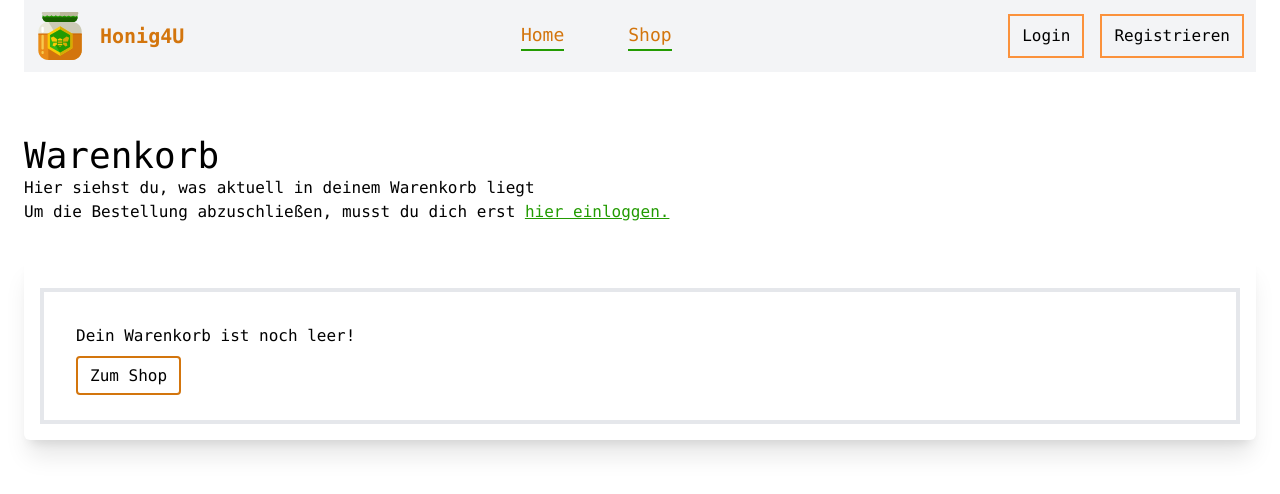
Repository: cainytheslave/PHPHonigShop
Page: http://localhost/warenkorb.php
These files come from the project's save history. The page is drawn as it stood at one moment and after the next save; the edit follows.
The browser window is 1280 px wide. The pictures show the whole page.
The page is run by PHP 8.4 with error messages shown; the project is at /var/www/html/. Style sheets and scripts are compiled from the project's sources, by tool versions that may differ from the author's.

Above is the page before, as saved 2022-03-11 01:59:49.

### warenkorb.php
<?php

session_start();

$produkte = require('core/produkte.php');
$einstellungen = require('core/einstellungen.php');

if (!isset($_SESSION['warenkorb'])) {
    $_SESSION['warenkorb'] = [];
}

if (isset($_POST['clear'])) {
    $_SESSION['warenkorb'] = [];
}

foreach ($produkte as $id => $produkt) {
    if (isset($_POST[$id])) {
        switch ($_POST[$id]) {
            case 'Entfernen':
                unset($_SESSION['warenkorb'][$id]);
                break;
            case 'Ändern':
                if (isset($_POST['count'])) {
                    $anzahl = intval($_POST['count']);
                    if ($anzahl <= 0) {
                        unset($_SESSION['warenkorb'][$id]);
                    } else {
                        $_SESSION['warenkorb'][$id] = $anzahl;
                    }
                } else {
                    $errors = ['Keine Anzahl definiert.'];
                    break;
                }
        }

        header('Location: warenkorb.php');
    }
}

?>

<!DOCTYPE html>
<html lang="en">

<head>
    <meta charset="UTF-8">
    <meta http-equiv="X-UA-Compatible" content="IE=edge">
    <meta name="viewport" content="width=device-width, initial-scale=1.0">
    <title><?= $einstellungen['firma'] ?> Warenkorb</title>

    <?php include('includes/head.inc.php') ?>
</head>

<body class="px-6 font-mono">

    <?php include('includes/header.inc.php') ?>

    <main class="flex flex-col gap-8 py-16 mx-auto max-w-7xl">
        <?php if (isset($errors) && count($errors) > 0) : ?>
            <section class="w-full p-4 mx-auto bg-red-300 border-2 border-red-500 rounded-md shadow-xl">
                <?php foreach ($errors as $error) : ?>
                    <p class="text-lg font-semibold">Error: <?= $error ?></p>
                <?php endforeach; ?>
            </section>
        <?php endif; ?>

        <section>
            <h1 class="text-4xl">Warenkorb</h1>
            <p>Hier siehst du, was aktuell in deinem Warenkorb liegt</p>
            <?php if (!isset($_SESSION['user'])) echo '<p>Um die Bestellung abzuschließen, musst du dich erst <a class="underline text-honeygreen" href="login.php">hier einloggen.</a></p>'; ?>

        </section>

        <section class="w-full p-4 mx-auto bg-white rounded-md shadow-xl">
            <div class="flex flex-col px-8 py-8 mt-4 border-4">
                <?php if (empty($_SESSION['warenkorb'])) : ?>
                    <span class="">
                        <p class="mb-4">Dein Warenkorb ist noch leer!</p>
                        <a href="shop.php" class="px-3 py-2 border-2 rounded border-honey">Zum Shop</a>
                    </span>
                <?php else : ?>
                    <?php foreach ($_SESSION['warenkorb'] as $sorte => $anzahl) : ?>
                        <div class="flex items-center gap-3 px-3 py-3 my-3 bg-gray-200">
                            <img src="images/<?= $sorte ?>.png" class="w-24 h-24" alt="">
                            <div class="w-full">
                                <h2 class="mb-3 text-xl"><?= $produkte[$sorte]['name'] ?></h2>
                                <span class="flex flex-col items-center justify-between w-full gap-3 sm:flex-row">
                                    <form action="" method="POST">
                                        Menge: <input type="number" class="px-3 py-2 border-2 border-green-500" name="count" value="<?= $anzahl ?>">
                                        <input type="submit" class="px-3 py-2 border-2 border-green-500" name="<?= $sorte ?>" value="Ändern">
                                    </form>
                                    <form action="" method="POST">
                                        <input type="submit" class="px-3 py-2 border-2 border-red-500" name="<?= $sorte ?>" value="Entfernen">
                                    </form>
                                    <div class="flex items-center justify-end grow">
                                        <p class="px-3 py-2 text-xl bg-white">CHF <?= sprintf('%.2f', $produkte[$sorte]['preis'] * $anzahl) ?></p>
                                    </div>
                                </span>
                            </div>
                        </div>
                    <?php endforeach; ?>
                    <div class="flex flex-col items-center gap-3 px-3 py-3 my-3 bg-gray-200">
                        <div class="flex flex-col items-stretch w-full gap-2 mb-3">
                            <div class="border-t-2 border-black"></div>
                            <div class="border-t-2 border-black"></div>
                        </div>
                        <div class="flex items-center justify-between w-full">
                            <div class="flex gap-4">
                                <form action="" method="POST">
                                    <?= Komponente::button('Warenkorb löschen', 'clear') ?>
                                </form>
                                <?= Komponente::link('Bestellen', 'abschluss.php') ?>
                            </div>
                            <div class="flex items-center justify-end grow">
                                <?php
                                $gesamt = 0;
                                foreach ($_SESSION['warenkorb'] as $sorte => $anzahl) {
                                    $gesamt += $produkte[$sorte]['preis'] * $anzahl;
                                }
                                ?>
                                <span class="flex items-center gap-2">
                                    <p class="text-xl">Gesamt:</p>
                                    <p class="px-3 py-2 text-xl bg-white">CHF <?= sprintf('%.2f', $gesamt) ?></p>
                                </span>

                            </div>
                        </div>
                    </div>
                <?php endif; ?>
            </div>
        </section>
    </main>
</body>

</html>

### core/produkte.php
<?php

return [
    'akazie' => [
        'name' => 'Akazienhonig',
        'beschreibung' => 'Leckerer Akazienhonig, direkt abgezapft vom Akazienbaum deines Vertrauens.',
        'preis' => 8.5
    ],
    'heide' => [
        'name' => 'Heidehonig',
        'beschreibung' => 'Leckerer Heidehonig, ist seinen Preis wert denn es war eine Heidenarbeit!',
        'preis' => 12.5
    ],
    'klee' => [
        'name' => 'Kleehonig',
        'beschreibung' => 'Vierblättriger Kleehonig. Der sortenreine Blütenhonig mit einem milden Aroma.',
        'preis' => 6.5,
    ],
    'tannen' => [
        'name' => 'Tannenhonig',
        'beschreibung' => 'Leckerer Tannenhonig. Mit seinen würzig-kräftigen Aromen ein Genuss für jeden Feinschmecker.',
        'preis' => 10
    ]
];

### core/einstellungen.php
<?php

return [
    'firma' => 'Honig4U'
];

### includes/head.inc.php
<!-- Styling -->
<link rel="stylesheet" href="style.css">

<!-- AlpineJS (Javascript Framework für Mobiles Menu https://alpinejs.dev) -->
<script defer src="https://unpkg.com/alpinejs@3.x.x/dist/cdn.min.js"></script>

### includes/header.inc.php
<?php

require('core/Komponente.php');
$einstellungen = require('core/einstellungen.php');

?>

<!-- Header -->
<header class="w-full bg-gray-100" x-data="{open: false}">
    <!-- Desktop -->
    <div class="flex items-center justify-between px-3 py-3 mx-auto max-w-7xl">

        <!-- Logo -->
        <div class="flex items-center gap-4">
            <img src="images/logo.svg" class="w-12 h-12" alt="Logo">
            <p class="text-xl font-semibold text-honey"><?= $einstellungen['firma'] ?></p>
        </div>

        <!-- Navigation-->
        <ul class="items-center hidden gap-16 sm:flex">
            <li class="text-lg border-b-2 border-honeygreen">
                <a href="index.php" class="text-honey">Home</a>
            </li>
            <li class="text-lg border-b-2 border-honeygreen">
                <a href="shop.php" class="text-honey">Shop</a>
            </li>
        </ul>

        <!-- Warenkorb / Login -->
        <div class="flex items-center gap-4">
            <?php if (isset($_SESSION['user'])) : ?>

                <?= Komponente::link('<img src="images/basket.svg" class="w-10 h-10" alt="">', 'warenkorb.php') ?>

                <?= Komponente::link('<img src="images/logout.svg" class="w-10 h-10" alt="">', 'logout.php?to=login.php') ?>
            <?php else : ?>
                <?= Komponente::link('Login', 'login.php') ?>
                <?= Komponente::link('Registrieren', 'registrierung.php') ?>
            <?php endif; ?>
        </div>

        <!-- Mobile Trigger -->
        <img @click="open = !open" src="images/menu.svg" class="block w-10 h-10 sm:hidden" alt="">
    </div>

    <!-- Mobile Menu -->
    <div class="flex flex-col gap-2 px-2 border-t-2 sm:hidden" x-show="open" style="display:none">
        <div>

        </div>
    </div>
</header>

### core/Komponente.php
<?php

class Komponente
{

    static function link($text = "", $href = "", $border = "orange")
    {
        $classes = "text-center px-3 py-2 border-2 hover:bg-gray-200 active:scale-95 hover:scale-105 border-$border-400";
        return "<a href='$href' class='$classes'>$text</a>";
    }

    static function button($text = "", $name = "", $border = "orange")
    {
        $classes = "text-center cursor-pointer px-3 py-2 border-2 hover:bg-gray-200 active:scale-95 hover:scale-105 border-$border-400";
        return "<input type='submit' name='$name' class='$classes' value='$text' />";
    }

    static function input($type = "text", $placeholder = '', $name = '', $required = 'true')
    {
        $classes = "grow text-left px-3 py-2 border-2 active:scale-95 border-orange-400";
        return "<input type='$type' name='$name' required='$required' class='$classes' placeholder='$placeholder' />";
    }

    static function alert($error = true, $data)
    {
        if (count($data) <= 0) return '';

        $str = '<section class="w-full p-4 mx-auto mt-4 bg-green-300 border-2 border-green-500 shadow-xl">';
        if ($error) $str = '<section class="w-full p-4 mx-auto mt-4 bg-red-300 border-2 border-red-500 shadow-xl">';

        foreach ($data as $entry) {
            $str .= '<p class="text-lg font-semibold">' . $entry . '</p>';
        }

        $str .= '</section>';

        return $str;
    }
}

### tailwind.config.js
module.exports = {
    content: [
        "./*.{html,js,php}",
        "./core/*.php",
        "./includes/*.php"
    ],
    theme: {
        extend: {
            colors: {
                honey: '#d3750d',
                honeylight: '#d3ab05',
                honeygreen: '#239b02'
            }
        },
    },
    safelist: [{
            pattern: /border-(orange|green|red)-400/,
        },
        {
            pattern: /border-(green|red)-500/
        },
        {
            pattern: /bg-(green|red)-300/
        },
        {
            pattern: /cursor-pointer/
        }

    ],
    plugins: [],
}

### images/logo.svg
<?xml version="1.0" encoding="iso-8859-1"?>
<!-- Generator: Adobe Illustrator 19.0.0, SVG Export Plug-In . SVG Version: 6.00 Build 0)  -->
<svg version="1.1" id="Layer_1" xmlns="http://www.w3.org/2000/svg" xmlns:xlink="http://www.w3.org/1999/xlink" x="0px" y="0px"
	 viewBox="0 0 496.8 496.8" style="enable-background:new 0 0 496.8 496.8;" xml:space="preserve">
<path style="fill:#EAE9DA;" d="M472.4,403.2c0,56-46.4,92.8-102.4,92.8H128.4c-56,0-104-44.8-104-92.8V204.8
	C24.4,149.6,70,104,125.2,104h245.6c56,0,100.8,45.6,100.8,100.8v198.4H472.4z"/>
<path style="fill:#CCCAB6;" d="M128.4,104H370c56,0,102.4,41.6,102.4,97.6v197.6c0,56-46.4,97.6-102.4,97.6"/>
<path style="fill:#EA8B18;" d="M24.4,224v174.4c0,56,46.4,97.6,102.4,97.6H370c56,0,102.4-41.6,102.4-97.6V224H24.4z"/>
<path style="fill:#D3750D;" d="M128.4,496H370c56,0,102.4-41.6,102.4-97.6v-172L126,224.8"/>
<path style="fill:#F7CA4D;" d="M80.4,376.8c0,6.4-5.6,12-12,12l0,0c-6.4,0-12-5.6-12-12V247.2c0-6.4,5.6-12,12-12l0,0
	c6.4,0,12,5.6,12,12V376.8z"/>
<path style="fill:#FFFFFF;" d="M80.4,201.6c0,6.4-5.6,12-12,12l0,0c-6.4,0-12-5.6-12-12v-38.4c0-5.6,5.6-11.2,12-11.2l0,0
	c6.4,0,12,5.6,12,12V201.6z"/>
<path style="fill:#F7CA4D;" d="M80.4,423.2c0,6.4-5.6,12-12,12l0,0c-6.4,0-12-5.6-12-12v-8c0-6.4,5.6-12,12-12l0,0
	c6.4,0,12,5.6,12,12V423.2z"/>
<path style="fill:#239B02;" d="M430.8,52c0,26.4-21.6,52-48,52H114c-26.4,0-48-25.6-48-52l0,0c0-26.4,21.6-52,48-52h268
	C409.2,0,430.8,25.6,430.8,52L430.8,52z"/>
<path style="fill:#1A6000;" d="M430.8,53.6L430.8,53.6c0,26.4-21.6,50.4-48,50.4H114c-26.4,0-48-22.4-48-48.8l0,0"/>
<path style="fill:#CCCAB6;" d="M437.2,12c0-8-6.4-12-13.6-12H73.2c-8,0-13.6,4-13.6,12c0,4.8,2.4,8,5.6,10.4
	c2.4,13.6,14.4,23.2,28,23.2c8.8,0,16.8-4.8,22.4-11.2c5.6,6.4,12.8,10.4,22.4,10.4c8.8,0,16.8-4,22.4-10.4
	c5.6,6.4,12.8,10.4,22.4,10.4c8.8,0,16.8-4,22.4-10.4c5.6,6.4,12.8,10.4,22.4,10.4s16.8-4,22.4-10.4c5.6,6.4,12.8,10.4,22.4,10.4
	c9.6,0,16.8-4,22.4-10.4c5.6,6.4,12.8,10.4,22.4,10.4c8.8,0,16.8-4,22.4-10.4c5.6,6.4,12.8,10.4,22.4,10.4c8.8,0,16.8-4,22.4-10.4
	c5.6,6.4,12.8,10.4,22.4,10.4c14.4,0,25.6-9.6,28-23.2C434.8,20,437.2,16.8,437.2,12z"/>
<path style="fill:#BAB699;" d="M423.6,0H248.4v35.2c0,0,0-0.8,0.8-0.8c5.6,6.4,12.8,10.4,21.6,10.4c8.8,0,16.8-4,22.4-10.4
	c5.6,6.4,12.8,10.4,22.4,10.4c8.8,0,16.8-4,22.4-10.4c5.6,6.4,12.8,10.4,22.4,10.4c8.8,0,16.8-4,22.4-10.4
	c5.6,6.4,12.8,10.4,22.4,10.4c14.4,0,25.6-10.4,28-24c3.2-2.4,5.6-4.8,5.6-9.6C437.2,4,430.8,0,423.6,0z"/>
<rect x="24.4" y="224" style="fill:#C65E00;" width="448" height="8"/>
<polygon style="fill:#F9CA06;" points="376.4,376 248.4,452 120.4,376 120.4,224 248.4,147.2 376.4,224 "/>
<polyline style="fill:#D3AB05;" points="248.4,147.2 376.4,224 376.4,376 248.4,452 "/>
<polygon style="fill:#34B515;" points="352.4,359.2 248.4,418.4 144.4,359.2 144.4,240.8 248.4,180.8 352.4,240.8 "/>
<polyline style="fill:#239B02;" points="144.4,240.8 249.2,180.8 352.4,240.8 352.4,359.2 248.4,418.4 "/>
<g>
	<polygon style="fill:#F9CA06;" points="224.4,328 224.4,339.2 226,344 270.8,344 272.4,339.2 272.4,328 	"/>
	<polygon style="fill:#F9CA06;" points="272.4,296 272.4,283.2 248.4,272 224.4,283.2 224.4,296 	"/>
</g>
<g>
	<rect x="224.4" y="304" style="fill:#D3AB05;" width="48" height="16"/>
	<polygon style="fill:#D3AB05;" points="236.4,352 248.4,363.2 260.4,352 	"/>
</g>
<g>
	<polygon style="fill:#F9CA06;" points="216.4,280 216.4,308.8 166.8,305.6 153.2,265.6 179.6,253.6 	"/>
	<polygon style="fill:#F9CA06;" points="216.4,336.8 216.4,316 180.4,318.4 170.8,347.2 190,356 	"/>
</g>
<g>
	<polygon style="fill:#D3AB05;" points="280.4,280 280.4,308.8 330,305.6 343.6,265.6 317.2,253.6 	"/>
	<polygon style="fill:#D3AB05;" points="280.4,336.8 280.4,316 316.4,318.4 326,347.2 306.8,356 	"/>
</g>
<g>
</g>
<g>
</g>
<g>
</g>
<g>
</g>
<g>
</g>
<g>
</g>
<g>
</g>
<g>
</g>
<g>
</g>
<g>
</g>
<g>
</g>
<g>
</g>
<g>
</g>
<g>
</g>
<g>
</g>
</svg>

### images/menu.svg
<svg width="512px" height="512px" viewBox="0 0 512 512" xmlns="http://www.w3.org/2000/svg"><path fill="#000" d="M32 96v64h448V96H32zm0 128v64h448v-64H32zm0 128v64h448v-64H32z"/></svg>

Loaded but not shown: tailwind.css (common file)

After the next save:
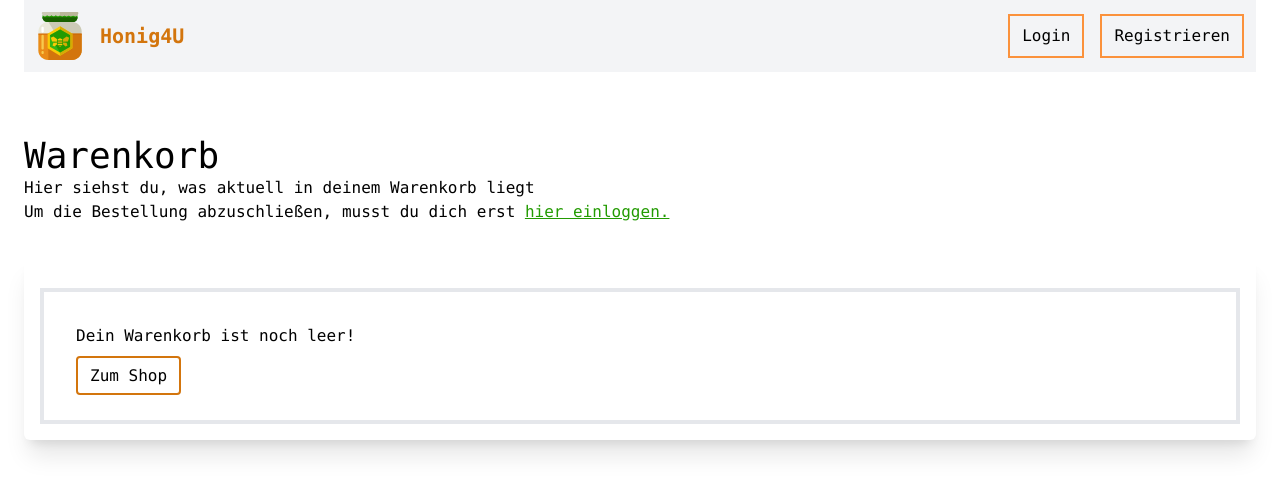
Saved 29 s later.
--- a/includes/header.inc.php
+++ b/includes/header.inc.php
@@ -17,14 +17,9 @@ $einstellungen = require('core/einstellungen.php');
         </div>
 
         <!-- Navigation-->
-        <ul class="items-center hidden gap-16 sm:flex">
-            <li class="text-lg border-b-2 border-honeygreen">
-                <a href="index.php" class="text-honey">Home</a>
-            </li>
-            <li class="text-lg border-b-2 border-honeygreen">
-                <a href="shop.php" class="text-honey">Shop</a>
-            </li>
-        </ul>
+        <div>
+
+        </div>
 
         <!-- Warenkorb / Login -->
         <div class="flex items-center gap-4">
@@ -45,8 +40,14 @@ $einstellungen = require('core/einstellungen.php');
 
     <!-- Mobile Menu -->
     <div class="flex flex-col gap-2 px-2 border-t-2 sm:hidden" x-show="open" style="display:none">
-        <div>
-
-        </div>
+        <!-- Navigation-->
+        <ul class="items-center hidden gap-16 sm:flex">
+            <li class="text-lg border-b-2 border-honeygreen">
+                <a href="index.php" class="text-honey">Home</a>
+            </li>
+            <li class="text-lg border-b-2 border-honeygreen">
+                <a href="shop.php" class="text-honey">Shop</a>
+            </li>
+        </ul>
     </div>
 </header>
